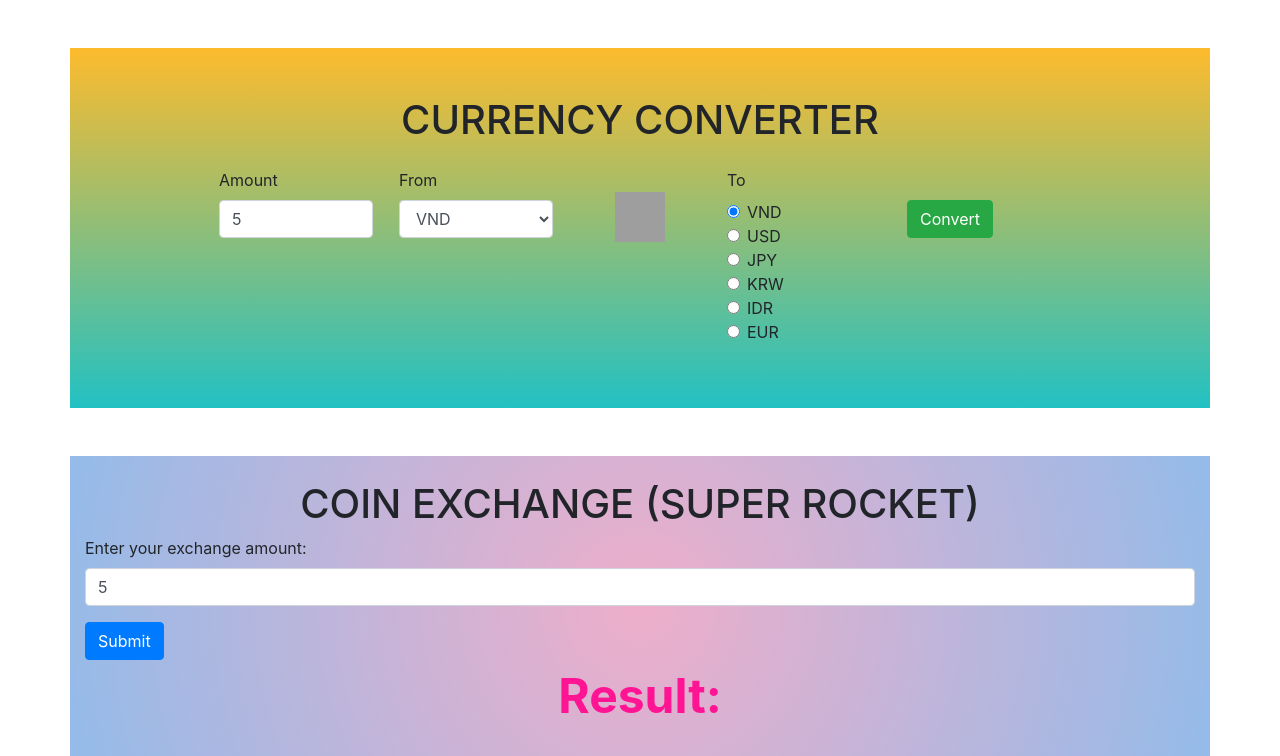
Repository: tts2610/MoneyConverter
Page: index.html
The author's editor kept a copy of each file at every save. The page is drawn from the files as they stood at one save, then again after the next save.
The browser window is 1280 px wide. The pictures show the whole page.
Empty fields were first filled with sample values (such as "Sample", 5 or name@example.com).
After loading, the first visible `button.btn` was clicked once.
Pictures or frames that could not be fetched are drawn as grey boxes.

Above is the page before, as saved 2020-05-12 15:36:22.
Console error: TypeError: Cannot read properties of undefined (reading '0')

### index.html
<!DOCTYPE html>
<html lang="en">

<head>
    <meta charset="UTF-8">
    <meta name="viewport" content="width=device-width, initial-scale=1.0">
    <title>Document</title>
    <link rel="stylesheet" href="https://maxcdn.bootstrapcdn.com/bootstrap/4.4.1/css/bootstrap.min.css">

    <!-- jQuery library -->
    <script src="https://ajax.googleapis.com/ajax/libs/jquery/3.4.1/jquery.min.js"></script>

    <!-- Popper JS -->
    <script src="https://cdnjs.cloudflare.com/ajax/libs/popper.js/1.16.0/umd/popper.min.js"></script>

    <!-- Latest compiled JavaScript -->
    <script src="https://maxcdn.bootstrapcdn.com/bootstrap/4.4.1/js/bootstrap.min.js"></script>

</head>

<body>

    <form class="container my-5 px-5 py-5" style="
    background: rgb(34,193,195);
    background: linear-gradient(0deg, rgba(34,193,195,1) 0%, rgba(253,187,45,1) 100%);
" id="exchangeForm">
        <h1 class="mx-auto" style="text-align: center;">CURRENCY CONVERTER</h1>
        <div class="form-row justify-content-md-center px-5 mx-5">
            <div class="col mt-3">
                <label>Amount</label>
                <input type="number" class="form-control" placeholder="0" id="amount" min="0">
            </div>
            <div class="col mt-3 ml-3">
                <label>From</label>
                <select class="form-control" id="fromCurrency">
            </select>
            </div>
            <div class="col mt-4 py-3" style="display: flex;justify-content: center; cursor: pointer;" onClick="swap()">
                <img src="https://cdn3.iconfinder.com/data/icons/basic-interface/100/update-512.png" width="50px" height="50px">
            </div>
            <div class="col mt-3">
                <label>To</label>
                <div id="toCurrency">
                    <!-- <div class="form-check">
                        <input class="form-check-input" type="radio" name="exampleRadios">
                        <label class="form-check-label">
                          Default radio
                    </label>
                    </div>
                    <div class="form-check">
                        <input class="form-check-input" type="radio" name="exampleRadios">
                        <label class="form-check-label">
                          Default radio
                    </label>
                    </div> -->
                </div>

                </select>

            </div>
            <div class="col mt-5 ml-3">
                <button type="button" class="btn btn-success" onClick="submitAmount()">Convert</button>
            </div>
        </div>
        <p id="result" style="color:deeppink; font-weight: 700; font-size: xxx-large; text-align: center;"></p>
    </form>
    <div class="container py-4" style="background: radial-gradient(circle, rgba(238,174,202,1) 0%, rgba(148,187,233,1) 100%);">
        <h1 style="text-align: center;">COIN EXCHANGE (SUPER ROCKET)</h1>
        <form>
            <div class="form-group">
                <label for="exampleInputEmail1">Enter your exchange amount:</label>
                <input type="number" min="0" class="form-control" id="coinExchange" placeholder="Amount">
            </div>
            <button type="button" class="btn btn-primary" onClick="exchange()">Submit</button>
            <div id="coinExchangeResult" style="color:deeppink; font-weight: 700; font-size: xxx-large; text-align: center;">Result:</div>
        </form>
    </div>



    <script src="js/script.js"></script>
    <script>
    </script>
</body>

</html>

### js/script.js
/*dic = {
    fromCurrency:{
        toCurrency:[currencyRatio,locale,currencySymbol],
        toCurrency:[currencyRatio,locale,currencySymbol],
        toCurrency:[currencyRatio,locale,currencySymbol],
        .....
    },
    fromCurrency:
        .....
}*/
let dic = {
    "vnd": { "usd": [1 / 23206, "en", "USD"], "jpy": [1 / 216.703, "ja-JP", "JPY"], "krw": [1 / 18.9136, "krw", "KRW"], "idr": [1 / 1.55505, "idr", "idr"], "eur": [1 / 25111, "de-DE", "EUR"], "vnd": [1, "vi", "VND"] },
    "usd": { "vnd": [23206, "vi", "VND"], "jpy": [107.297, "ja-JP", "JPY"], "krw": [1223.80, "krw", "KRW"], "idr": [14904, "idr", "idr"], "eur": [1 / 1.08207, "de-DE", "EUR"], "usd": [1, "en", "USD"] },
    "jpy": { "vnd": [216.703, "vi", "VND"], "usd": [1 / 107.297, "en", "USD"], "krw": [11.4099, "krw", "KRW"], "idr": [138.937, "idr", "idr"], "eur": [1 / 116.054, "de-DE", "EUR"], "jpy": [1, "ja-JP", "JPY"] },
    "krw": { "vnd": [18.9136, "vi", "VND"], "usd": [1 / 1224.06, "en", "USD"], "jpy": [1 / 11.4096, "ja-JP", "JPY"], "idr": [12.1833, "idr", "idr"], "eur": [1 / 1323.75, "de-DE", "EUR"], "krw": [1, "krw", "KRW"] },
    "idr": { "vnd": [1.55505, "vi", "VND"], "usd": [1 / 14910, "en", "USD"], "jpy": [1 / 138.985, "ja-JP", "JPY"], "krw": [1 / 12.1818, "krw", "KRW"], "eur": [1 / 16134.84, "de-DE", "EUR"], "idr": [1, "idr", "idr"] },
    "eur": { "vnd": [25081, "vi", "VND"], "usd": [1.08207, "en", "USD"], "jpy": [116.054, "ja-JP", "JPY"], "idr": [16129, "idr", "idr"], "krw": [1323.75, "krw", "KRW"], "eur": [1, "de-DE", "EUR"] },
}
let from = null;
let to = null;
let amount = 0;
let fromCurrency = null;
let toCurrency = null;
let form = document.getElementById('exchangeForm');
$(document).ready(function() {
    fromCurrency = document.getElementById("fromCurrency");
    toCurrency = document.getElementById("toCurrency");
    let selectList = Object.keys(dic);
    selectList.forEach(element => {
        var option = document.createElement("option");
        option.text = element.toUpperCase();
        fromCurrency.add(option);
    })
    selectList.forEach((element, i) => {

        let div = generateRadioElement(element, i);
        toCurrency.append(div);
    })

});

function swap() {
    var x = fromCurrency.value;
    fromCurrency.value = getSelectedRatio();
    document.getElementById(x).checked = true;
}

function submitAmount() {
    amount = document.getElementById("amount").value ? document.getElementById("amount").value : 0;
    from = fromCurrency.value.toLowerCase();
    to = getSelectedRatio();
    alert(from);
    alert(to);

    // reformating input
    let res = getValueFromDict(from, from);
    let formatedAmount = new Intl.NumberFormat(res[1], { style: 'currency', currency: res[2], maximumSignificantDigits: 3 }).format(amount)

    // set output
    document.getElementById("result").innerText = formatedAmount + " = " + convert(from, to);
}

// conversion
function convert(from, to) {
    let res = getValueFromDict(from, to);
    let outRes = (amount * res[0]);
    return new Intl.NumberFormat(res[1], { style: 'currency', currency: res[2], maximumSignificantDigits: 3 }).format(outRes);
}

function getValueFromDict(input1, input2) {
    let currencyRatio = dic[input1][input2][0];
    let locale = dic[input1][input2][1];
    let currency = dic[input1][input2][2];
    return [currencyRatio, locale, currency];
}

function generateRadioElement(element, i) {
    var div = document.createElement("div");
    div.classList.add("form-check");
    var input = document.createElement("input");
    input.classList.add("form-check-input")
    input.type = "radio"
    input.name = "toProperty";
    input.id = element.toUpperCase();
    if (i === 0) {
        input.checked = true;
        input.add
    }

    var label = document.createElement("label");
    label.classList.add("form-check-label");
    label.innerHTML = element.toUpperCase();

    div.appendChild(input);
    div.appendChild(label);
    return div;
}

function getSelectedRatio() {
    let radios = exchangeForm.elements["toProperty"];
    let val;
    radios.forEach(element => {
        if (element.checked) { // radio checked?
            val = element.id;
        }
    });
    return val;
}


// SUPER ROCKET
function exchange() {
    // reset the result div
    document.getElementById("coinExchangeResult").innerHTML = "";

    let bills = [500000, 200000, 100000, 50000, 20000, 10000, 5000, 2000, 1000]
    let amount = parseInt(document.getElementById("coinExchange").value);
    while (amount) {
        bills.forEach(element => {
            let count = 0;
            while (amount >= element) {
                count++;
                amount = amount - element;
            }
            let wrapper = document.getElementById("coinExchangeResult");

            wrapper.innerHTML += '<div>' + count + " x " + element + "\n" + "</div>";
        });
    }
}

After the next save:
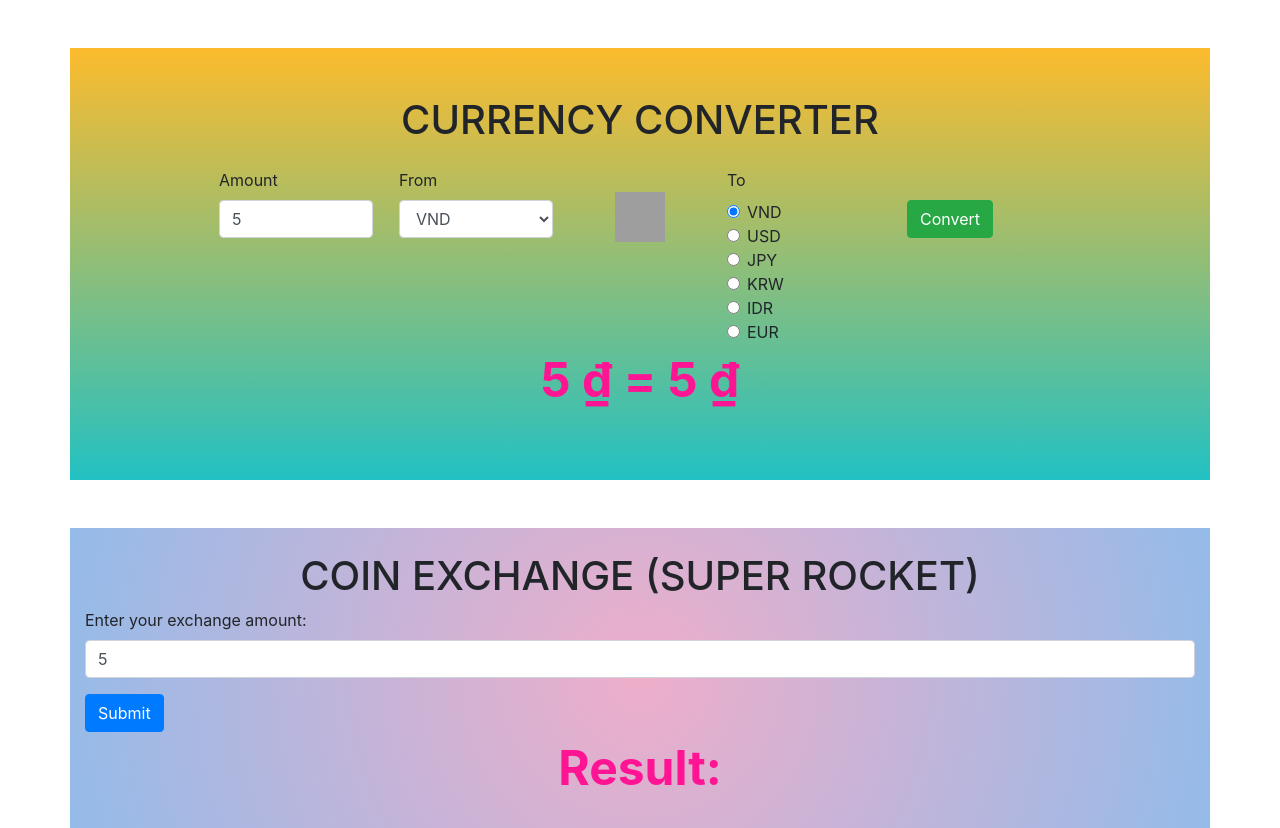
The error is gone.
Saved 21 s later.
--- a/js/script.js
+++ b/js/script.js
@@ -48,9 +48,7 @@ function swap() {
 function submitAmount() {
     amount = document.getElementById("amount").value ? document.getElementById("amount").value : 0;
     from = fromCurrency.value.toLowerCase();
-    to = getSelectedRatio();
-    alert(from);
-    alert(to);
+    to = getSelectedRatio().toLowerCase();
 
     // reformating input
     let res = getValueFromDict(from, from);
